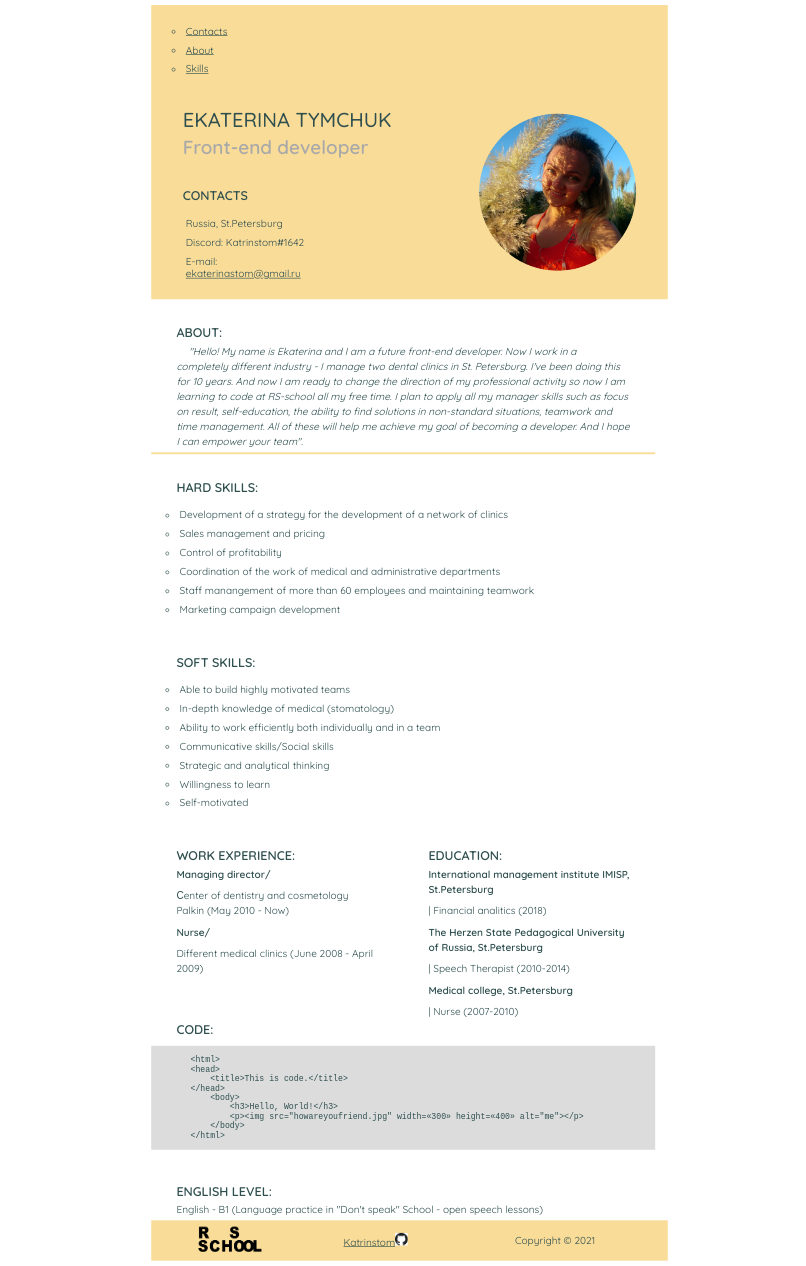
Repository: Katrinstom/rsschool-cv
Page: index.html
The author's editor kept a copy of each file at every save. The page is drawn from the files as they stood at one save, then again after the next save.
The browser window is 1280 px wide. The pictures show the whole page, at 63% of full size.

Above is the page before, as saved 2022-01-02 18:49:02.

After the next save:
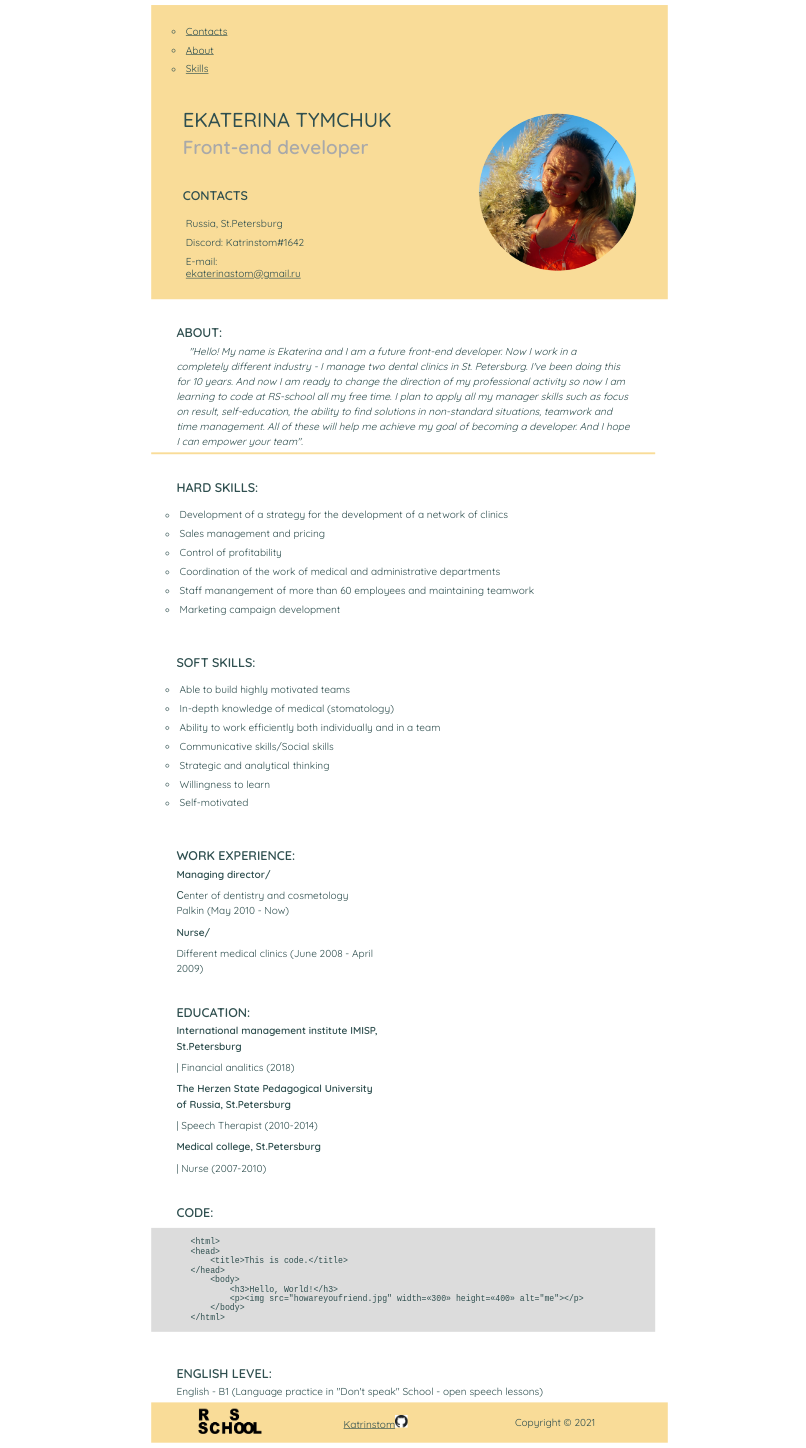
Saved 23 s later.
--- a/style.css
+++ b/style.css
@@ -90,7 +90,6 @@ li {
     color: darkslategray;
     font-family: 'Quicksand', sans-serif;
     margin: 0;
-    float: left;
     height: auto;
     width: 50%;
     padding: 0;
@@ -100,7 +99,6 @@ li {
     color: darkslategray;
     font-family: 'Quicksand', sans-serif;
     margin: 0;
-    float: left;
     height: auto;
     width: 50%;
     padding: 0;
